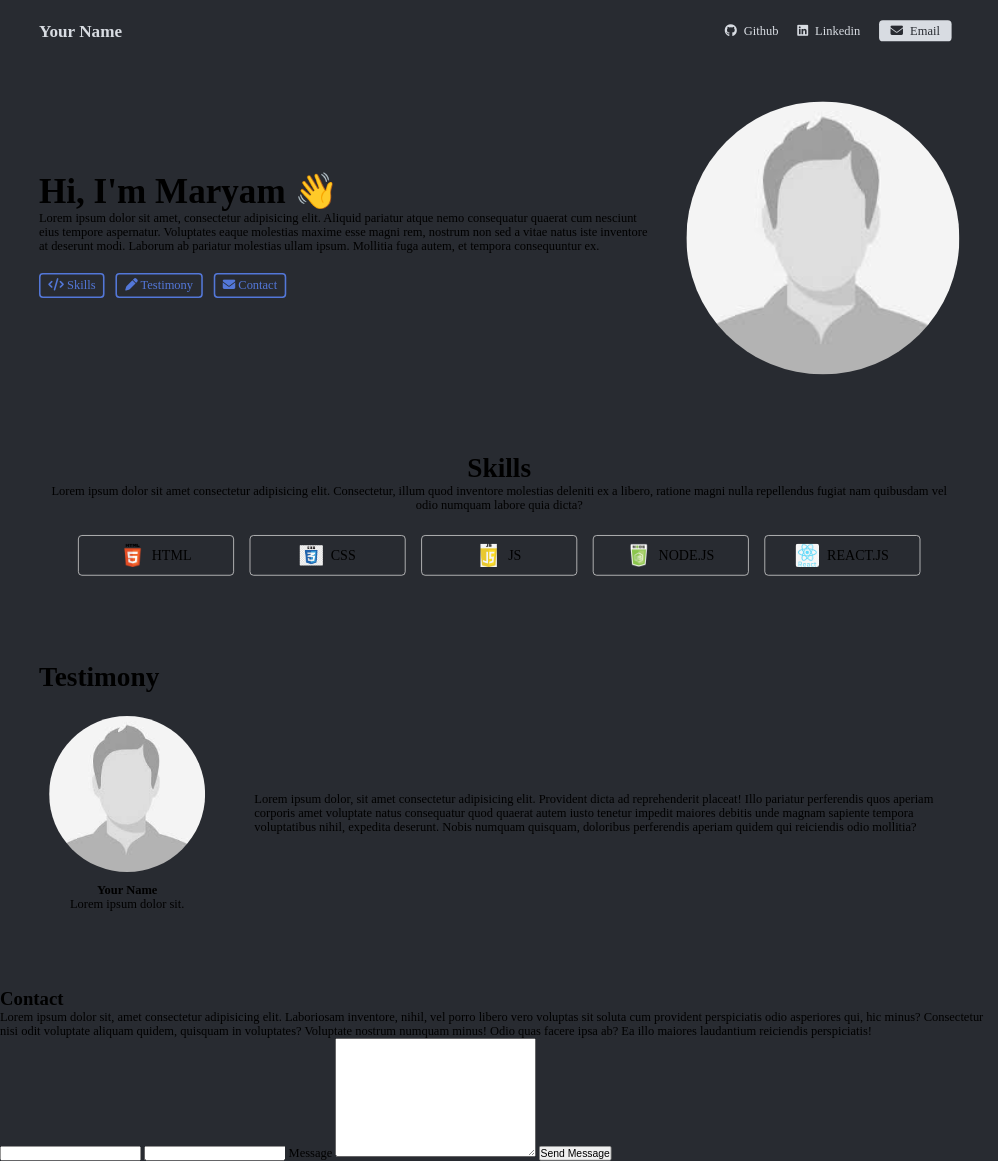
Repository: MaramMaryam/my-portfolio-test
Page: index.html
These files come from the project's save history. The page is drawn as it stood at one moment and after a run of saves; the edit follows.
The browser window is 1280 px wide. The pictures show the whole page, at 78% of full size.
Some web libraries are served in a nearby version.

Above is the page before, as saved 2024-09-20 19:27:20.

### index.html
<!DOCTYPE html>
<html lang="en">

<head>
    <meta charset="UTF-8">
    <meta name="viewport" content="width=device-width, initial-scale=1.0">

    <link rel="preconnect" href="https://fonts.googleapis.com">
    <link rel="preconnect" href="https://fonts.gstatic.com" crossorigin>
    <link
        href="https://fonts.googleapis.com/css2?family=Poppins:ital,wght@0,100;0,200;0,300;0,400;0,500;0,600;0,700;0,800;0,900;1,100;1,200;1,300;1,400;1,500;1,600;1,700;1,800;1,900&display=swap"
        rel="stylesheet">

    <link rel="stylesheet" href="https://cdnjs.cloudflare.com/ajax/libs/font-awesome/6.6.0/css/all.min.css"
        integrity="sha512-Kc323vGBEqzTmouAECnVceyQqyqdsSiqLQISBL29aUW4U/M7pSPA/gEUZQqv1cwx4OnYxTxve5UMg5GT6L4JJg=="
        crossorigin="anonymous" referrerpolicy="no-referrer" />

    <link rel="stylesheet" href="styles.css">
    <title>My Portfolio</title>
</head>

<body>
    <!--navbar-->
    <nav>
        <div class="left">
            <a href="/"> Your Name </a>
        </div>
        <div class="right">
            <a href="http://github.com" target="_blank" rel="">
                <i class="fa-brands fa-github"></i>
                <span>Github</span>
            </a>

            <a href="http://linkedin.com" target="_blank" rel="">
                <i class="fa-brands fa-linkedin"></i>
                <span>Linkedin</span>
            </a>

            <a href="mailto:example@gmail.com">
                <i class="fa-solid fa-envelope"></i>
                <span>Email</span>
            </a>
        </div>
    </nav>
    <main>
        <!--section1-->
        <section class="hero-section">
            <div class="text">
                <h2>Hi, I'm Maryam 👋</h2>
                <p>Lorem ipsum dolor sit amet, consectetur adipisicing elit.
                    Aliquid pariatur atque nemo consequatur quaerat cum nesciunt eius tempore aspernatur.
                     Voluptates eaque molestias maxime esse magni rem, nostrum non sed a vitae natus iste inventore at deserunt modi.
                    Laborum ab pariatur molestias ullam ipsum.
                    Mollitia fuga autem, et tempora consequuntur ex.</p>

                    <div class="links">
                        <a href="#skills">
                            <i class="fa-solid fa-code"></i>
                            <span>Skills</span>
                        </a>
                        <a href="#testimony">
                            <i class="fa-solid fa-pen"></i>
                            <span>Testimony</span>
                        </a>
                        <a href="#contact">
                            <i class="fa-solid fa-envelope"></i>
                            <span>Contact</span>
                        </a>
                    </div>
            </div>
            <div class="headshot">
                <img src="images/headshot.jfif" alt="">
            </div>
        </section>
        <!--section2: skills-->
        <section id="skills" class="skills-section">
            <h2>Skills</h2>
            <div class="text">
                Lorem ipsum dolor sit amet consectetur adipisicing elit. Consectetur,
                illum quod inventore molestias deleniti ex a libero,
                ratione magni nulla repellendus fugiat nam quibusdam vel odio numquam labore quia dicta?
            </div>

            <div class="cells">
                <div class="cell">
                    <img src="images/HTML5.webp" alt="HTML5 logo">
                    <span>HTML</span>
                </div>

                <div class="cell">
                    <img src="images/css.webp" alt="css logo">
                    <span>CSS</span>
                </div>

                <div class="cell">
                    <img src="images/js.webp" alt="js logo">
                    <span>JS</span>
                </div>

                <div class="cell">
                    <img src="images/node.webp" alt="node logo">
                    <span>NODE.JS</span>
                </div>

                <div class="cell">
                    <img src="images/react.webp" alt="react logo">
                    <span>REACT.JS</span>
                </div>
            </div>
        </section>
        <!--section3: testimony-->
        <section id="testimony" class="testimony-section">
            <h2>Testimony</h2>
            <div class="group">
                <div class="person-details">
                    <img src="images/headshot.jfif" alt="">
                    <p>Your Name</p>
                    <p>Lorem ipsum dolor sit.</p>
                </div>
                <div class="text">
                    Lorem ipsum dolor, sit amet consectetur adipisicing elit. Provident dicta ad
                    reprehenderit placeat! Illo pariatur perferendis quos aperiam corporis amet voluptate
                    natus consequatur quod quaerat autem iusto tenetur impedit maiores debitis unde magnam
                    sapiente tempora voluptatibus nihil, expedita deserunt.
                    Nobis numquam quisquam, doloribus perferendis aperiam quidem qui reiciendis odio mollitia?
                </div>
            </div>
        </section>
        <!--section4: contact-->
        <section id="contact" class="contact-section">
            <h2>Contact</h2>
            <div class="group">
                <div class="text">
                    Lorem ipsum dolor sit, amet consectetur adipisicing elit.
                    Laboriosam inventore, nihil, vel porro libero vero voluptas sit soluta cum provident
                    perspiciatis odio asperiores qui, hic minus? Consectetur nisi odit voluptate aliquam quidem,
                     quisquam in voluptates? Voluptate nostrum numquam minus! Odio
                    quas facere ipsa ab? Ea illo maiores laudantium reiciendis perspiciatis!
                </div>

                <form action="">
                    <label for="name"></label>
                    <input type="text" id="name">

                    <label for="email"></label>
                    <input type="email" id="email">

                    <label for="message">Message</label>
                    <textarea name="" id="message" cols="30" rows="10"></textarea>

                    <button type="submit">Send Message</button>
                </form>
            </div>
        </section>
    </main>
</body>

</html>

### styles.css
:root {
  --text-color: #d8dce2;
  --link-color: #5377d8;
  --background-color: #282b31;
}
* {
  margin: 0;
  padding: 0;
  box-sizing: border-box;
}
html {
  scroll-behavior: smooth;
}
body {
  font-family: "Poppins" sans-serif;
  background-color: var(--background-color);
}
a {
  color: var(--link-color);
  text-decoration: none;
}

/* NAVBAR */
nav {
  display: flex;
  justify-content: space-between;
  padding: 0 50px;
  height: 80px;
  align-items: center;
}
nav .left a {
  color: var(--text-color);
  font-size: 22px;
  font-weight: 600;
}
nav .right a {
  color: var(--text-color);
  margin: 0 10px;
}
nav .right a:last-child {
  color: var(--background-color);
  background-color: var(--text-color);
  padding: 5px 15px;
  border-radius: 5px;
}
nav .right a span {
  margin-left: 5px;
}
/* SECTION 1: HERO */
.hero-section {
  display: flex;
  justify-content: space-between;
  align-items: center;
  padding: 0 50px;
  margin: 50px 0;
  gap: 40px;
  margin-bottom: 100px;
}
.hero-section .text {
  flex: 5;
}
.hero-section .text h2 {
  font-size: 45px;
}
.hero-section .text .links {
  margin-top: 25px;
}
.hero-section .text .links a {
  display: inline-block;
  padding: 5px 10px;
  border: 2px solid var(--link-color);
  border-radius: 5px;
  margin-right: 10px;
  margin-bottom: 10px;
  transition: 0.1s;
}
.hero-section .text .links a:hover {
  color: var(--text-color);
  border: 2px solid var(--text-color);
}
.hero-section .headshot {
  flex: 2;
  display: flex;
  justify-content: right;
}
.hero-section .headshot img {
  border-radius: 50%;
  width: 350px;
}

/* SECTION 2:Skills */
.skills-section {
  padding: 0 50px;
  margin-bottom: 100px;
}

.skills-section h2 {
  text-align: center;
  font-size: 35px;
}
.skills-section .text {
  text-align: center;
  margin-bottom: 20px;
}
.skills-section .cells {
  display: flex;
  justify-content: center;
  flex-wrap: wrap;
}
.skills-section .cells .cell {
  display: flex;
  justify-content: center;
  align-items: center;
  gap: 10px;
  width: 200px;
  padding: 10px 20px;
  margin: 10px;
  border: 1.5px solid #d3d3d3;
  border-radius: 5px;
}
.skills-section .cells .cell img {
  width: 30px;
  height: 30px;
  object-fit: contain;
  border-radius: 3px;
}
.skills-section .cells .cell span {
  font-size: 18px;
}

/* SECTION 3: Testimony  */
.testimony-section {
  padding: 0 50px;
  margin-bottom: 100px;
}
.testimony-section h2 {
  font-size: 35px;
  margin-bottom: 30px;
}
.testimony-section .group {
    display: flex;
    align-items: center;
    gap: 50px;
}
.testimony-section .group .person-details {
    text-align: center;
    flex: 2;
}
.testimony-section .group .person-details img {
    width: 200px;
    aspect-ratio: 1/1;
    object-fit: cover;
    border-radius: 50%;
    margin-bottom: 10px;
}
.testimony-section .group .person-details p {
    font-weight: 600;
}
.testimony-section .group .person-details p:last-child {
    font-weight: normal;
}

.testimony-section .group  .text {
    flex: 8;
}

  /* SECTION 4: Contact */
  .contact-section {
    padding: ;
  }

@media (max-width: 850px) {
  /* SECTION1 : HERO*/
  .hero-section .text h2 {
    font-size: 35px;
  }
}

@media (max-width: 740px) {
  /* SECTION1 : HERO*/
  .hero-section {
    flex-direction: column-reverse;
  }
  .hero-section .headshot img {
    width: 300px;
  }
  /* SECTION 3: Testimony */
  .testimony-section {
    text-align: center;
  }
  .testimony-section .group {
    flex-direction: column;
  }
}

@media (max-width: 600px) {
  /* NAVBAR */
  nav {
    padding: 0 20px;
  }
  nav .right a {
    font-style: 22px;
  }
  nav .right a:last-child {
    color: var(--text-color);
    background-color: transparent;
    padding: 0;
  }
  nav .right a span {
    display: none;
  }

  /* SECTION1:HERO */
  .hero-section {
    padding: 0 20px;
  }
  .hero-section .text h2 {
    font-size: 30px;
  }
  /* SECTION2: Skills */

  .skills-section {
    padding: 0 20px;
  }
  .skills-section .cells .cell span {
    font-size: 16px;
  }
}

After the next 2 saves:
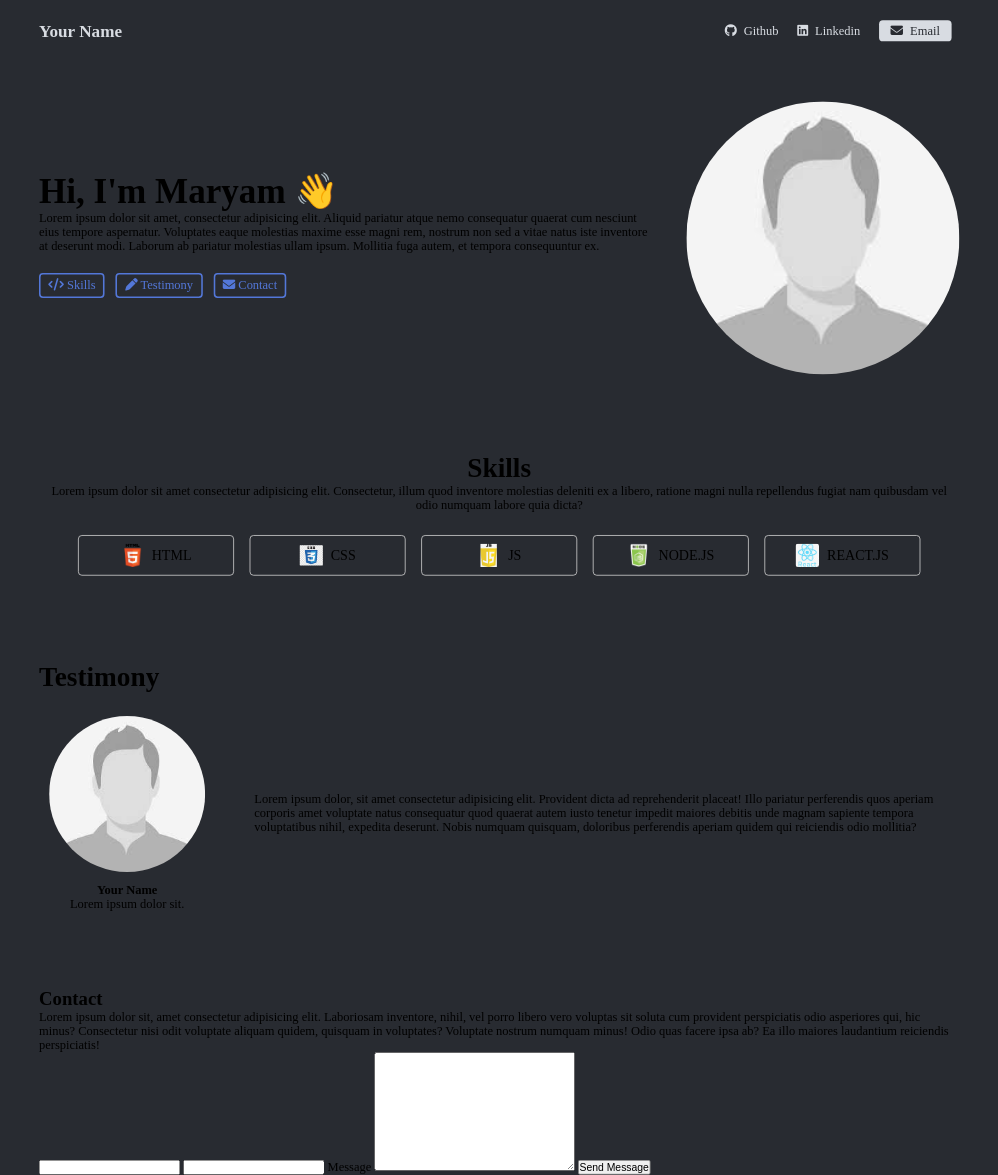
The 2 saves are shown as one change because they came seconds apart.
The last was saved 7 s later.
--- a/styles.css
+++ b/styles.css
@@ -166,7 +166,7 @@ nav .right a span {
 
   /* SECTION 4: Contact */
   .contact-section {
-    padding: ;
+    padding: 0 50px;
   }
 
 @media (max-width: 850px) {
